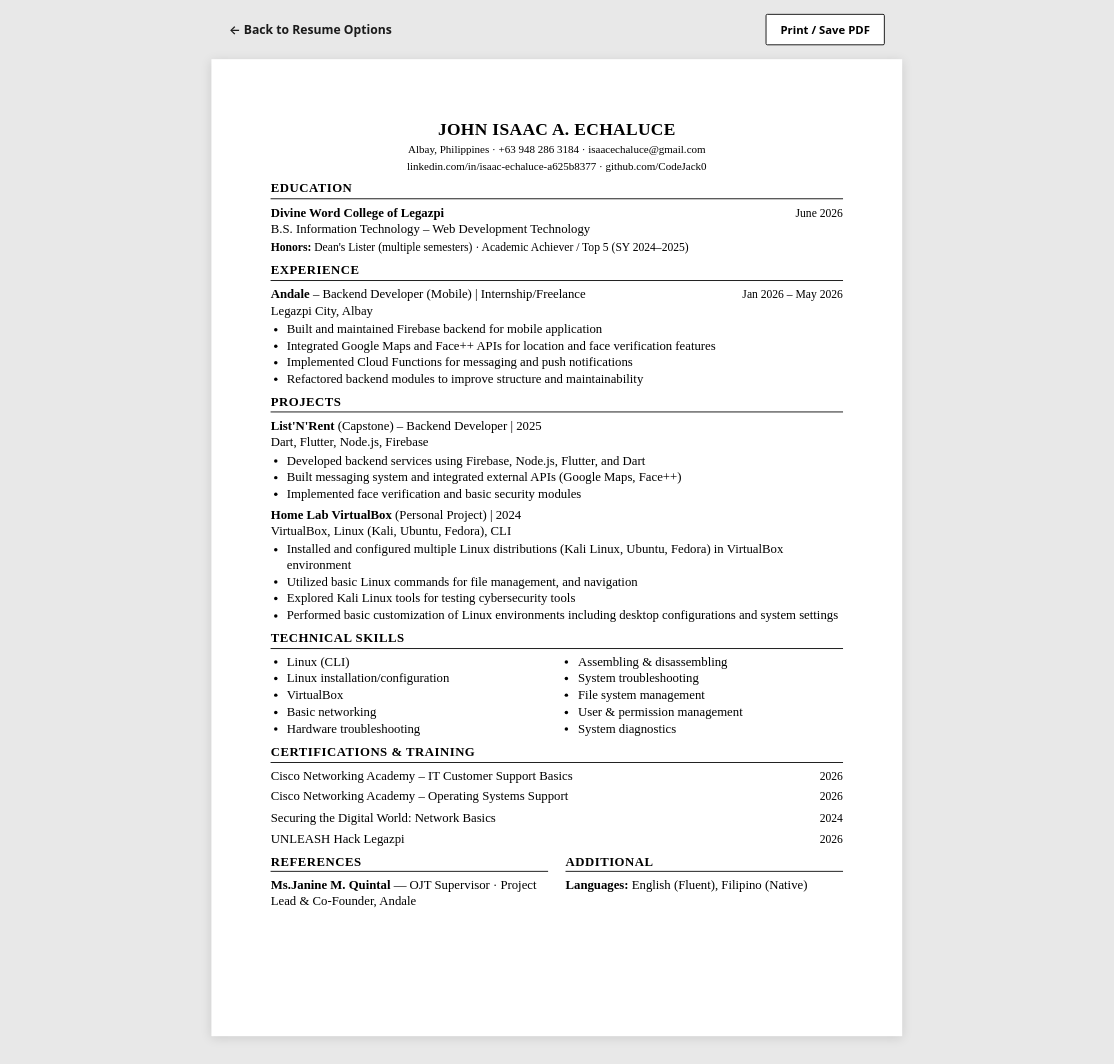
Repository: CodeJack0/Professional_Portfolio
Page: pages/resume_networking.html
These files come from the project's save history. The page is drawn as it stood at one moment and after the next save; the edit follows.
The browser window is 1280 px wide. The pictures show the whole page, at 87% of full size.

Above is the page before, as saved 2026-05-30 14:02:28.

After the next save:
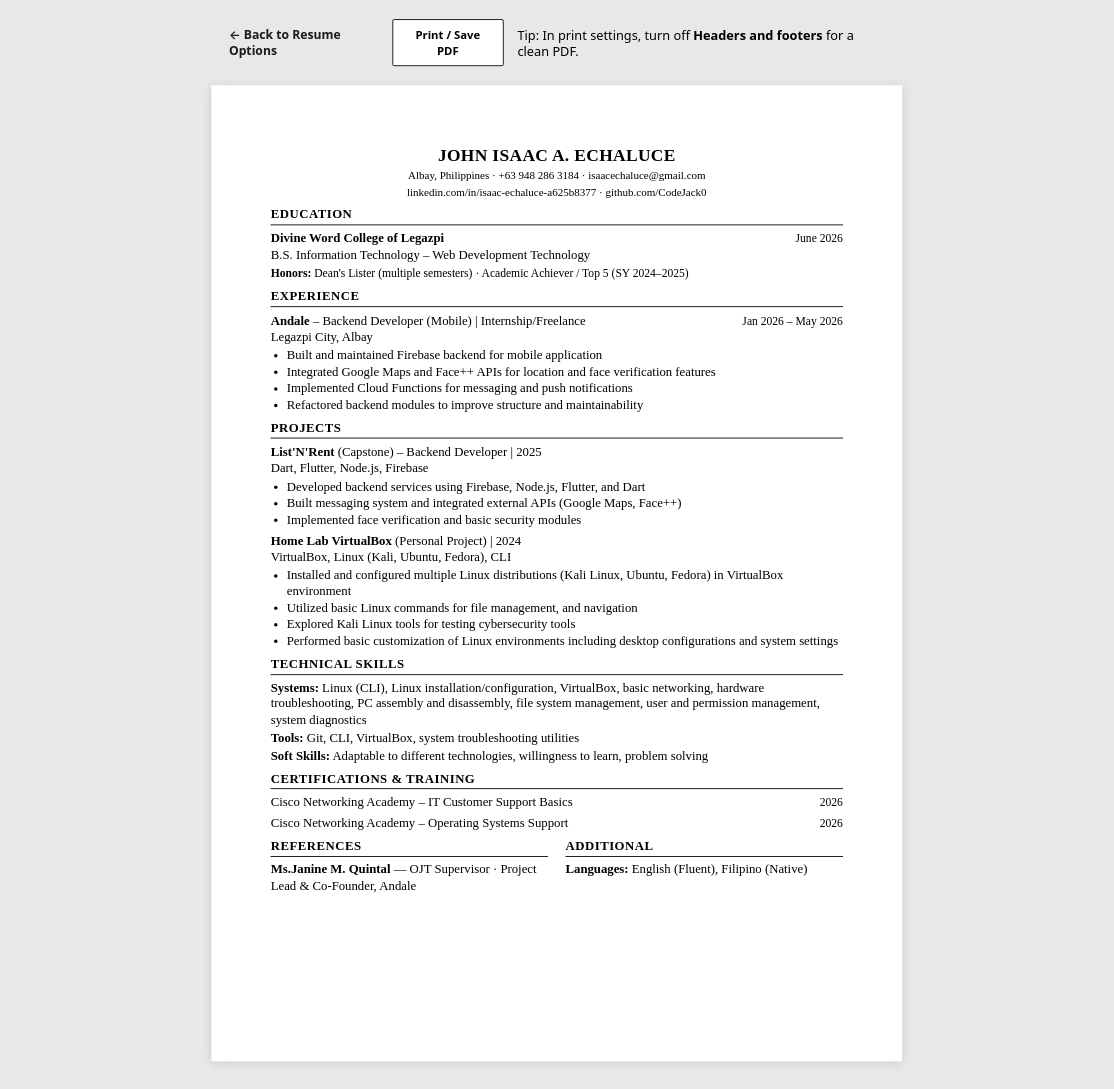
Saved 4 h 47 min later.
--- a/pages/resume_networking.html
+++ b/pages/resume_networking.html
@@ -4,13 +4,14 @@
   <meta charset="UTF-8" />
   <meta name="viewport" content="width=device-width, initial-scale=1.0" />
   <meta name="description" content="Resume / CV — John Isaac A. Echaluce, IT Graduate" />
-  <title>Resume / CV — John Isaac A. Echaluce</title>
+  <title>Resume</title>
   <link rel="stylesheet" href="../css/resume.css" />
 </head>
 <body class="resume-page">
   <div class="resume-toolbar no-print">
     <a href="resumes.html" class="toolbar-link">← Back to Resume Options</a>
-    <button type="button" class="toolbar-btn" onclick="window.print()">Print / Save PDF</button>
+    <button type="button" class="toolbar-btn" onclick="printResume()">Print / Save PDF</button>
+    <p class="print-hint no-print">Tip: In print settings, turn off <strong>Headers and footers</strong> for a clean PDF.</p>
   </div>
 
   <article class="resume-document" aria-label="Resume">
@@ -101,22 +102,9 @@
 
       <section class="resume-section">
         <h2 class="resume-section-title">Technical Skills</h2>
-        <div class="skills-grid">
-          <ul class="resume-list resume-list--plain">
-            <li>Linux (CLI)</li>
-            <li>Linux installation/configuration</li>
-            <li>VirtualBox</li>
-            <li>Basic networking</li>
-            <li>Hardware troubleshooting</li>
-          </ul>
-          <ul class="resume-list resume-list--plain">
-            <li>Assembling &amp; disassembling</li>
-            <li>System troubleshooting</li>
-            <li>File system management</li>
-            <li>User &amp; permission management</li>
-            <li>System diagnostics</li>
-          </ul>
-        </div>
+        <p class="skills-line"><strong>Systems:</strong> Linux (CLI), Linux installation/configuration, VirtualBox, basic networking, hardware troubleshooting, PC assembly and disassembly, file system management, user and permission management, system diagnostics</p>
+        <p class="skills-line"><strong>Tools:</strong> Git, CLI, VirtualBox, system troubleshooting utilities</p>
+        <p class="skills-line"><strong>Soft Skills:</strong> Adaptable to different technologies, willingness to learn, problem solving</p>
       </section>
 
       <section class="resume-section">
@@ -132,20 +120,6 @@
         <div class="entry entry--compact">
           <div class="entry-row">
             <span class="entry-left">Cisco Networking Academy – Operating Systems Support</span>
-            <span class="entry-right">2026</span>
-          </div>
-        </div>
-
-        <div class="entry entry--compact">
-          <div class="entry-row">
-            <span class="entry-left">Securing the Digital World: Network Basics</span>
-            <span class="entry-right">2024</span>
-          </div>
-        </div>
-
-        <div class="entry entry--compact">
-          <div class="entry-row">
-            <span class="entry-left">UNLEASH Hack Legazpi</span>
             <span class="entry-right">2026</span>
           </div>
         </div>
@@ -165,5 +139,6 @@
       </section>
     </main>
   </article>
+  <script src="../js/resume-print.js"></script>
 </body>
 </html>
